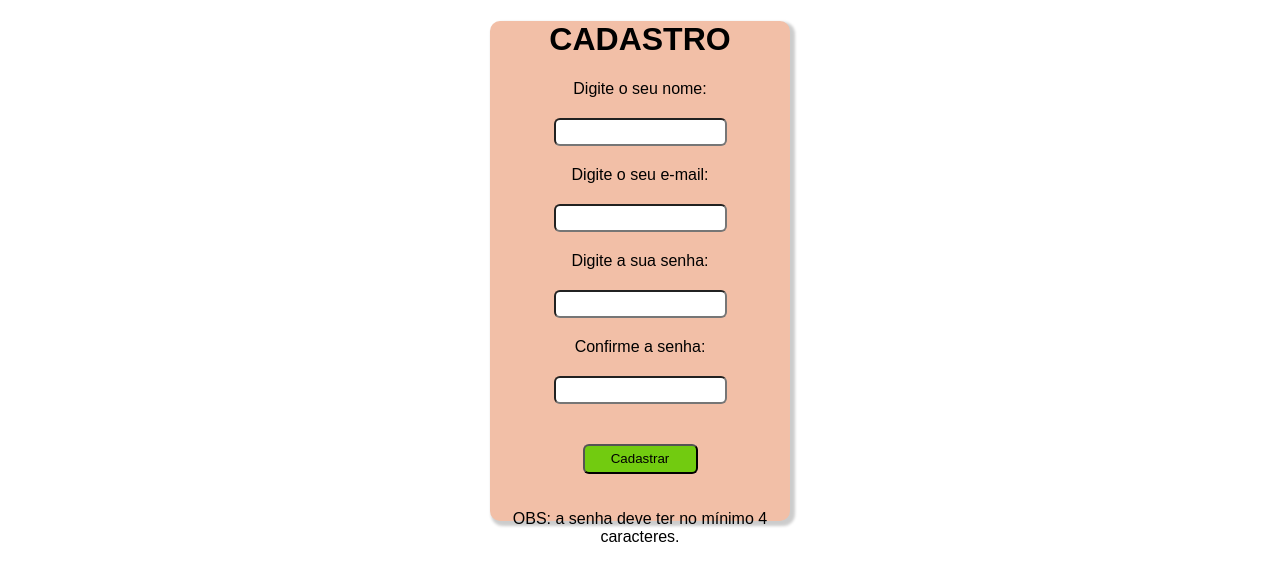
Repository: leviviana21/Java-web-login
Page: http://localhost/conexao_bd/dashboard.jsp
An editor plug-in stored every save of this project. The page is shown before and after the next save, followed by the edit.
The browser window is 1280 px wide. The pictures show the whole page.
The page is served by Tomcat 9. Other server files are loaded and not shown.

Above is the page before, as saved 2025-06-20 16:36:01.

### conexao_bd/src/main/webapp/dashboard.jsp
<%@ page language="java" contentType="text/html; charset=UTF-8"
    pageEncoding="UTF-8"%>
<!DOCTYPE html>
<html>
<head>
<meta charset="UTF-8">
<title>Insert title here</title>
<link rel="stylesheet" href="style.css">
</head>
<body>

<div class="container">
	<form action="usuarios" method="post">
        <h1>CADASTRO</h1>
        <label>Digite o seu nome: </label>
        <input type="email" name="txtNomeCadastro" class="emailsenha" >
        <br>
        <label>Digite o seu e-mail: </label>
        <input type="email" name="txtEmail" class="emailsenha" >
        <br>
        <label>Digite a sua senha: </label>
        <input type="password" name="txtSenha" class="emailsenha" >
        <br>
        <label>Confirme a senha: </label>
        <input type="password" name="confirmar_Senha" class="emailsenha" >
        <br>
        <input type="submit" value="Cadastrar" name="cadastro" class="botao-login">
        <p>OBS: a senha deve ter no mínimo 4 caracteres.</p>
        <%
			if(request.getAttribute("error") != null){
		%>
		<p class="aviso-erro"><% out.print(request.getAttribute("msg").toString()); %></p>
		<%
			}
		%>
    </form>
</div>
</body>
</html>

### conexao_bd/src/main/webapp/style.css
@charset "UTF-8";

form {
	text-align: center;
	font-family: arial;
}
.emailsenha {
	margin: 20px;
    border-radius: 6px;
    width: 165px;
    height: 22px;
}
.container {
	text-align: center;
	background-color: #F2BFA7;
	border-radius: 10px;
	height: 500px;
	margin: auto;
	width: 300px;
	box-shadow: 3px 3px 3px 2px rgba(0.2, 0.2, 0.2, 0.2);
}

.botao-login {
	border-radius: 6px;
    width: 115px;
    height: 30px;
    margin: 20px;
    background-color: #72cb10;
}
.Mensagem-Sucesso {
	text-align: center;
	font-family: arial;
}
.aviso-erro {
	color: red;
	font-weight: bold;
}

After the next save:
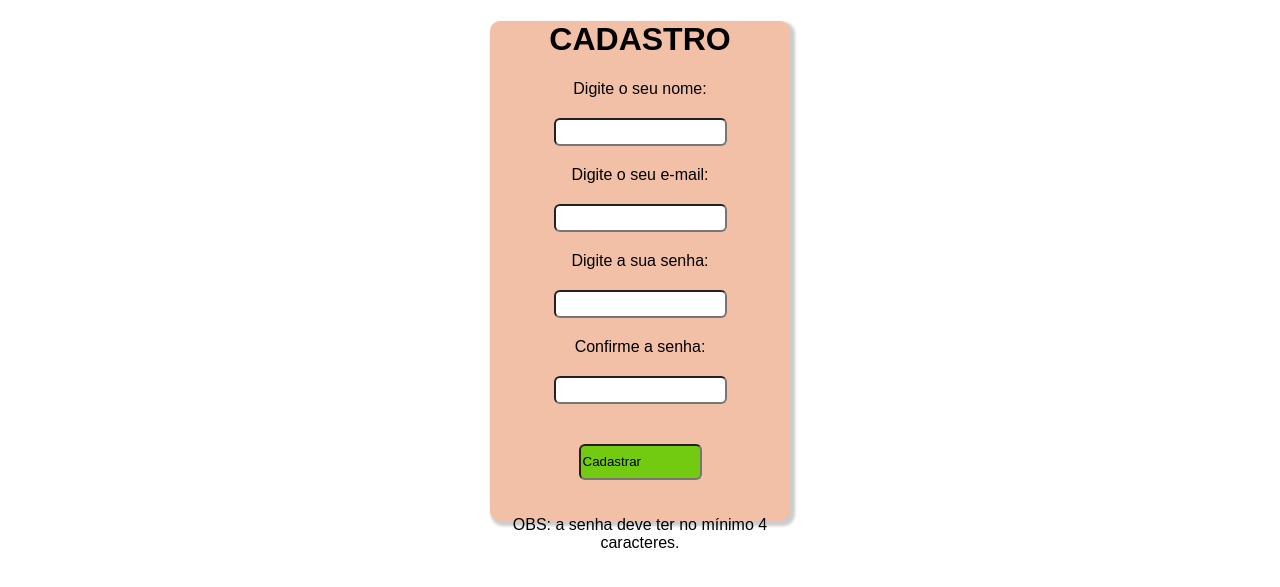
Saved 84 s later.
--- a/conexao_bd/src/main/webapp/dashboard.jsp
+++ b/conexao_bd/src/main/webapp/dashboard.jsp
@@ -24,7 +24,7 @@
         <label>Confirme a senha: </label>
         <input type="password" name="confirmar_Senha" class="emailsenha" >
         <br>
-        <input type="submit" value="Cadastrar" name="cadastro" class="botao-login">
+        <input value="Cadastrar" name="cadastro" class="botao-login">
         <p>OBS: a senha deve ter no mínimo 4 caracteres.</p>
         <%
 			if(request.getAttribute("error") != null){
